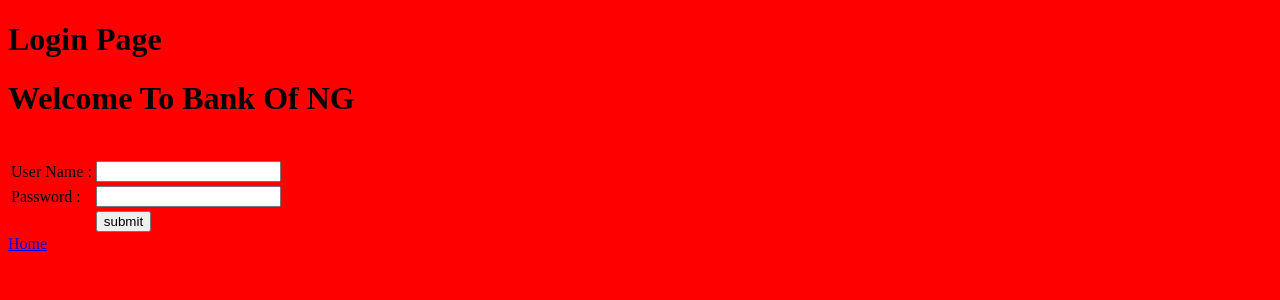
Repository: bnaragoud111/JSP-NARAGOUD-2
Page: 001JSP-Regestration-Login/src/main/webapp/login.html
The author's editor kept a copy of each file at every save. The page is drawn from the files as they stood at one save, then again after the next save.
The browser window is 1280 px wide. The pictures show the whole page.

Above is the page before, as saved 2026-03-17 04:38:14.

### 001JSP-Regestration-Login/src/main/webapp/login.html
<!DOCTYPE html>
<html>
<head>
<meta charset="UTF-8">
<title>Login</title>
</head>
<body bgcolor="red">
<h1>Login Page</h1>
</centre>
<form action="regestration" method="GET" >
<centre>
<table>
<tr>
<h1>Welcome To Bank Of NG</h1>
</tr>

<tr>
<td>User Name :</td> <td> <input type="text" name="userName" /></td>
</tr><br>
<tr>

<td>Password :</td> <td> <input type="text" name="password" /></td>
</tr>
<tr>
<td> <td> <input type="submit" value="submit"  /></td>
</tr>
</table>
</form>
</centre>




<a href="index" > Home</a>
</body>
</html>

After the next save:
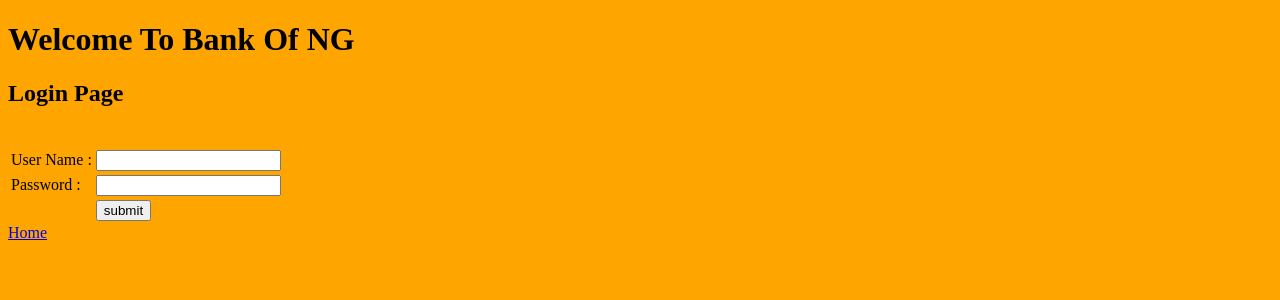
Saved 79 s later.
--- a/001JSP-Regestration-Login/src/main/webapp/login.html
+++ b/001JSP-Regestration-Login/src/main/webapp/login.html
@@ -4,14 +4,15 @@
 <meta charset="UTF-8">
 <title>Login</title>
 </head>
-<body bgcolor="red">
-<h1>Login Page</h1>
+<body bgcolor="orange">
+
 </centre>
 <form action="regestration" method="GET" >
 <centre>
 <table>
 <tr>
 <h1>Welcome To Bank Of NG</h1>
+<h2>Login Page</h2>
 </tr>
 
 <tr>
